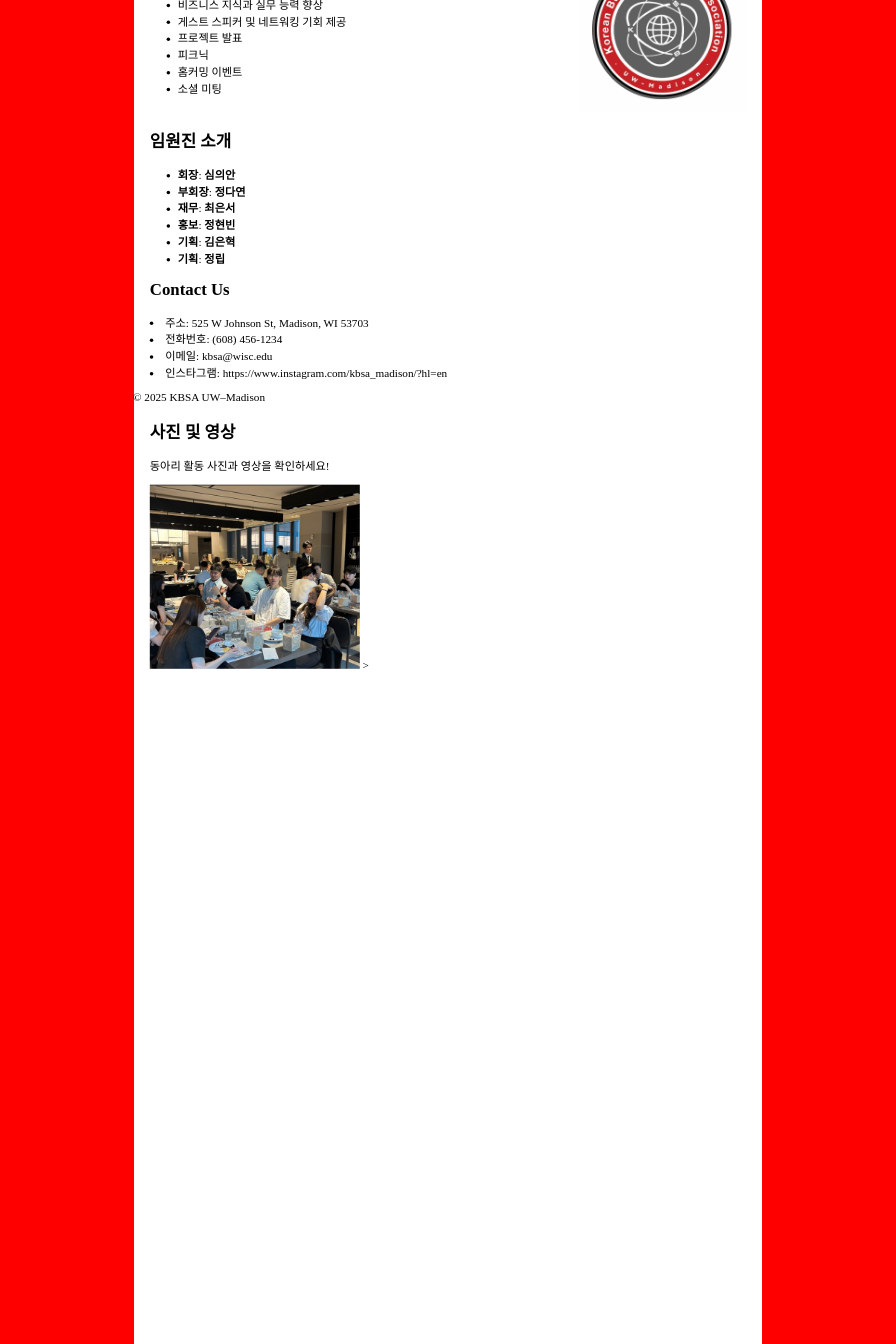
Repository: 23HarveyJi/25-Fall_chillguys
Page: website.html
The author's editor kept a copy of each file at every save. The page is drawn from the files as they stood at one save, then again after a run of saves.
The browser window is 1280 px wide. The pictures show the part of the page from y = 398 to 2318 px (the page is 18019 px tall), at 70% of full size.

Above is the page before, as saved 2025-10-16 23:31:59.

After the next 4 saves:
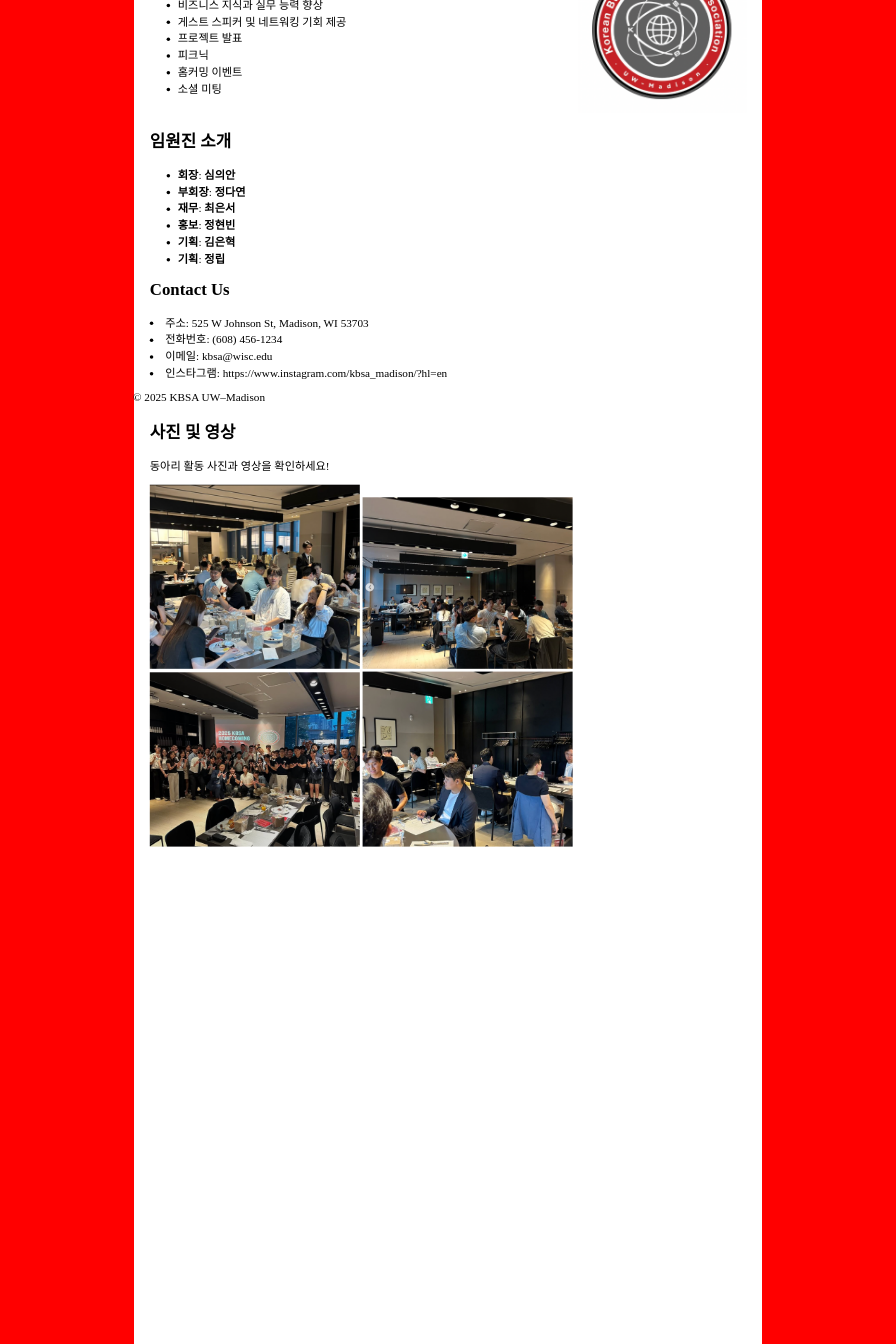
The 4 saves are shown as one change because they came seconds apart.
The last was saved 10 s later.
--- a/website.html
+++ b/website.html
@@ -84,6 +84,8 @@
     <h2>사진 및 영상</h2>
     <p>동아리 활동 사진과 영상을 확인하세요!</p>
       <img src="homecoming1.jpg", width="300" alt="KBSA Photos" title="KBSA Photos">
-      >
+      <img src="homecoming2.jpg", width="300" alt="KBSA Photos" title="KBSA Photos">
+      <img src="homecoming3.jpg", width="300" alt="KBSA Photos" title="KBSA Photos">
+      <img src="homecoming4.jpg", width="300" alt="KBSA Photos" title="KBSA Photos">
     </a>
   </div>
